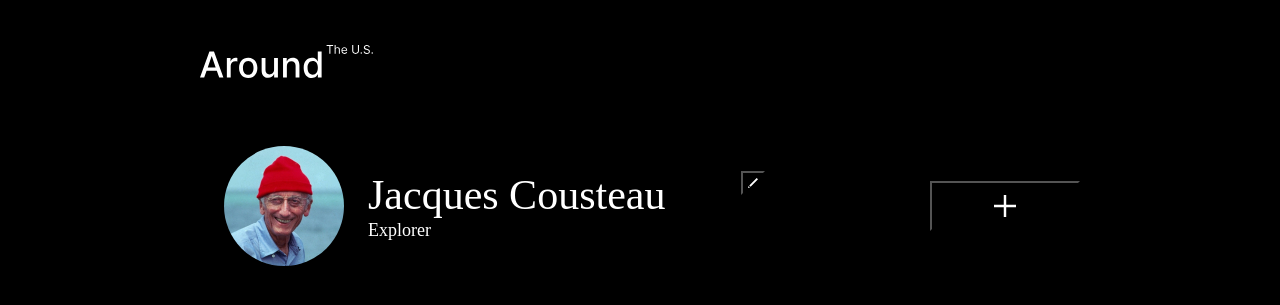
Repository: al-XLeMEsTRE/Around-The-U.S
Page: index.html
These files come from the project's save history. The page is drawn as it stood at one moment and after the next save; the edit follows.
The browser window is 1280 px wide. The pictures show the whole page.

Above is the page before, as saved 2023-12-12 15:48:53.

### index.html
<!DOCTYPE html>
<html lang="en">
  <head>
    <meta charset="UTF-8" />
    <meta name="viewport" content="width=device-width, initial-scale=1" />
    <meta name="author" content="Gregory Alexandre" />
    <meta
      name="description"
      content="Discover breathtaking landscapes across the U.S. with our travel guide inspired by the legendary explorer Jacques Cousteau. Explore Yosemite Valley, Lake Louise, and the Bald Mountains."
    />
    <meta
      name="keywords"
      content="Jacques Cousteau, explorer, exploration, travel, adventure, nature, landscapes, Yosemite Valley, Lake Louise, Bald Mountains, scenic views, national parks, outdoor photography, travel inspiration"
    />
    <title>Around the U.S</title>
    <link rel="shortcut icon" href="./favicon.ico" />
    <link rel="stylesheet" type="text/css" href="./pages/index.css" />
    <!-- Additional tags such as Open Graph and Twitter cards can be added here for social media optimization -->
    <!-- Open Graph meta tags -->
    <meta
      property="og:title"
      content="Explore with Jacques Cousteau | U.S. Landscapes"
    />
    <meta
      property="og:description"
      content="Join the journey through the most picturesque landscapes of the U.S., following in the footsteps of Jacques Cousteau."
    />
    <meta property="og:image" content="./images/og-image.jpg" />
    <meta property="og:type" content="website" />
  </head>

  <body class="page">
    <div class="content">
      <header class="header">
        <img
          src="./images/jacques-cousteau.svg"
          alt="logo"
          class="header__logo"
        />
      </header>
      <main class="main">
        <section class="profile">
          <img
            class="profile__avatar"
            src="./images/jacques-cousteau.jpg"
            alt="avatar"
          />
          <div class="profile__info">
            <h1 class="profile__title">Jacques Cousteau</h1>
            <button class="profile__edit-button" type="button"></button>
            <p class="profile__description">Explorer</p>
          </div>
          <button class="profile__add-button"></button>
        </section>
      </main>
    </div>
  </body>
</html>

### pages/index.css
@import url("../vendor/normalize.css");
@import url("../vendor/fonts.css");
@import url("../blocks/page.css");
@import url("../blocks/header.css");
@import url("../blocks/content.css");
@import url("../blocks/profile.css");
@import url("../blocks/footer.css");
@import url("../blocks/card.css");
@import url("../blocks/cards.css");

### vendor/fonts.css
@font-face {
  font-family: "Inter";
  font-style: normal;
  font-weight: 400;
  font-display: swap;
  src: url("./fonts/Inter-Regular.woff2") format("woff2");
}

@font-face {
  font-family: "Inter";
  font-style: normal;
  font-weight: 500;
  font-display: swap;
  src: url("./fonts/Inter-Medium.woff2") format("woff2");
}

@font-face {
  font-family: "Inter";
  font-style: normal;
  font-weight: 800;
  font-display: swap;
  src: url("./fonts/Inter-ExtraBold.woff2") format("woff2");
}

### blocks/page.css
.page {
  background-color: black;
  color: white;
}

.content {
  margin-left: 200px;
  margin-right: 200px;
}
.header {
  margin-top: 45px;
  width: 880px;
}
.profile {
  display: flex;
  align-items: center;
  padding-top: 40px;
}
.profile__avatar {
  width: 120px;
  height: 120px;
  border-radius: 50%;
  margin: 24px;
  object-fit: cover;
  background-position: center;
}
.profile__info {
  display: grid;
  grid-template-areas:
    "title button"
    "description description";
  grid-template-columns: minmax(auto, 373px) auto;
}
.profile__edit-button {
  background: transparent url(../images/edit-button.svg) center no-repeat;
  height: 24px;
  width: 24px;
}

.profile__add-button {
  background: transparent url(../images/add-button.svg) center no-repeat;
  width: 150px;
  height: 50px;
  grid-area: button;
  margin-left: auto;
}
.profile__title {
  font-size: 42px;
  line-height: 48px;
  font-weight: 500;
  grid-area: title;
  margin: 0;
}

.profile__description {
  font-size: 18px;
  line-height: 22px;
  grid-area: description;
  font-weight: 400;
  margin: 0;
}

Loaded but not shown: vendor/normalize.css (library); blocks/header.css (no stored copy; drawn as an empty file); blocks/content.css (no stored copy; drawn as an empty file); blocks/profile.css (no stored copy; drawn as an empty file); blocks/footer.css (no stored copy; drawn as an empty file); blocks/card.css (no stored copy; drawn as an empty file); blocks/cards.css (no stored copy; drawn as an empty file)

After the next save:
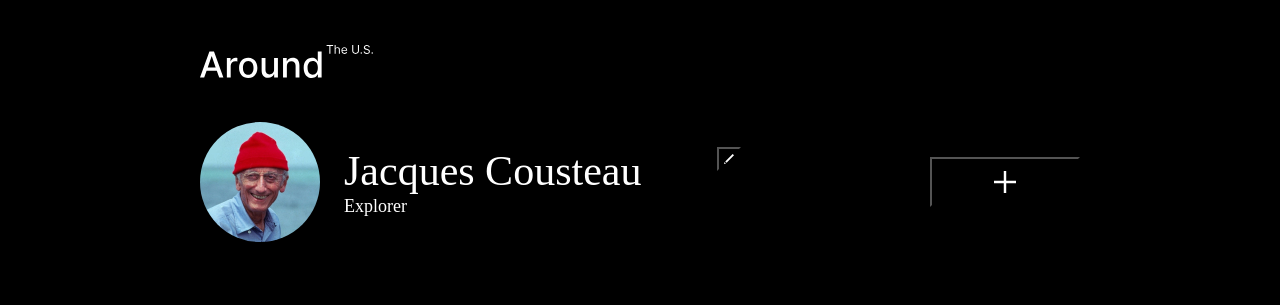
Saved 12 s later.
--- a/blocks/page.css
+++ b/blocks/page.css
@@ -20,7 +20,7 @@
   width: 120px;
   height: 120px;
   border-radius: 50%;
-  margin: 24px;
+  margin-right: 24px;
   object-fit: cover;
   background-position: center;
 }
